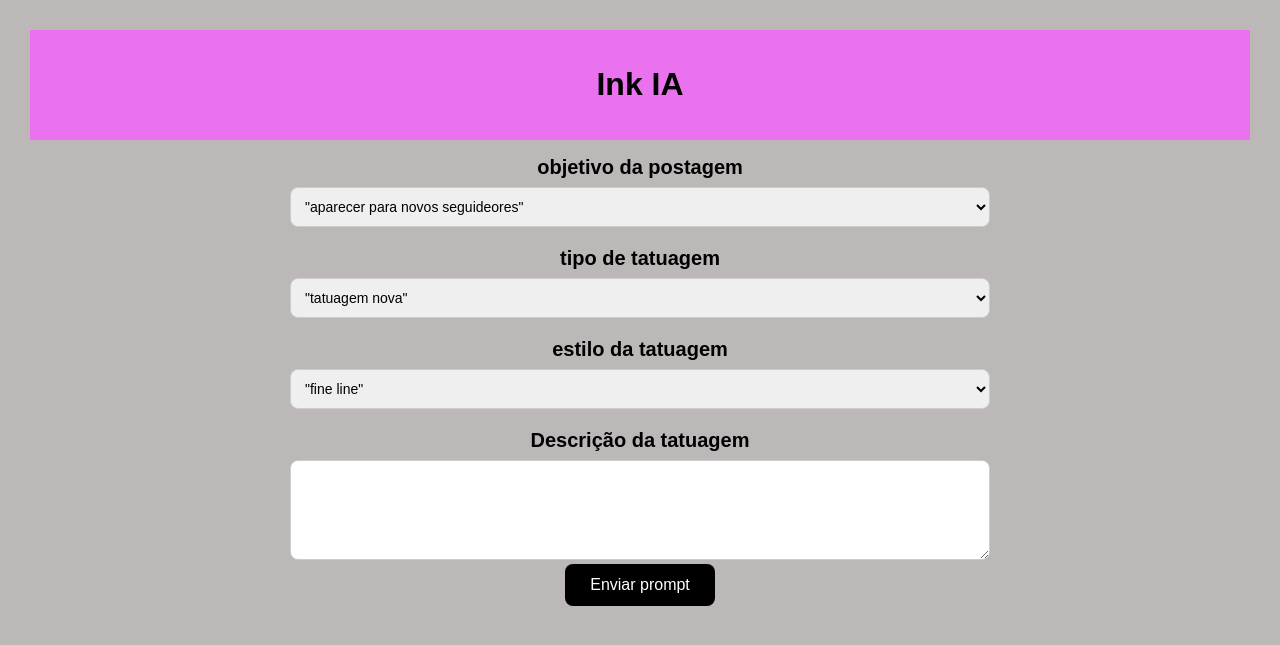
Repository: Ubiratandev/ink_api
Page: ink_IA/ink_ia.html
The author's editor kept a copy of each file at every save. The page is drawn from the files as they stood at one save, then again after the next save.
The browser window is 1280 px wide. The pictures show the whole page.

Above is the page before, as saved 2026-03-25 00:16:07.

### ink_IA/ink_ia.html
<!DOCTYPE html>
<html>
<head>
    <link rel="stylesheet" href="styles.css">
    <title>Ink IA</title>
</head>
<header>
    <h1>Ink IA</h1>
</header>
<body>
   <div class="objetivo">
    <h2>objetivo da postagem</h2>
    <select value = "Objetivo da postagem:" id = "objetivo" onchange={changeObjetivo()}>
    <optgroup>
        <option value = "aparecer para novos seguideores"> "aparecer para novos seguideores"</option>
        <option value = "engajar com pessoas que ja viram as suas postagens">"engajar com pessoas que ja viram as suas postagens"</option>
        <option value = "vender para pessoas que ja engajaram com voce">"vender para pessoas que ja engajaram com voce"</option>
    </optgroup>
   </select>
   <script>
    const changeObjetivo =()=>{
   const objetivo = document.getElementById("objetivo").value;
   }
   </script>
   </div>

   <div class="tipo_tatuagem">


    <h2>tipo de tatuagem</h2>
    <select value = "tipo de tatuagem" id ="tipo" onchange={changeTipo()}>
    <optgroup>
        <option value = "tatuagem nova"> "tatuagem nova"</option>
        <option value = "cobertura">"cobertura"</option>
        <option value = "reforma">"reforma"</option>
    </optgroup>
   </select>
   <script>
   const changeTipo =()=>{
    const tipo = document.getElementById("tipo").value;
   }
   </script>
   </div>



   <div class="estilo">


    <h2>estilo da tatuagem</h2>
    <select value = "estilo da tatuagem" id = "estilo" onchange = {changeEstilo()}>
    <optgroup>
        <option value = "fine line"> "fine line"</option>
        <option value = "realismo preto e cinza">"realismo preto e cinza"</option>
        <option value = "realismo colorido">"realismo colorido"</option>
        <option value = "neotradicional">"neotradicional"</option>

    </optgroup>
   </select>
   <script>
    const changeEstilo = ()=>{
        const estilo = document.getElementById("estilo").value;
    }
   </script>
   </div>

<div>
  <h2>Descrição da tatuagem</h2>

  <textarea id="descricao"></textarea>


  <script>
    let desc = "";

    const descricao = document.getElementById("descricao");

    descricao.addEventListener("input", () => {
      desc = descricao.value;

    });
  </script>
</div>

<script>
    function abrirModal(texto) {
  document.getElementById("conteudoResposta").innerText = texto;
  document.getElementById("modal").style.display = "block";
}

function fecharModal() {
  document.getElementById("modal").style.display = "none";
}
</script>

    <div id="modal" style="display:none; position:fixed; top:0; left:0; width:100%; height:100%; background:rgba(0,0,0,0.6);">

  <div style="background:white; padding:20px; margin:10% auto; width:60%; border-radius:10px;">

    <button onclick="fecharModal()">X</button>

    <h3>Resultado</h3>
    <p id="conteudoResposta"></p>

  </div>

</div>


   <div>
<button onclick="enviarPrompt()">Enviar prompt</button>
   <script>
    const enviarPrompt =()=>{
        let prompt = `Você é um especialista em marketing para tatuadores.

Crie uma legenda para Instagram com base EXCLUSIVAMENTE nas informações abaixo:

Descrição: ${desc}
Tipo: ${tipo}
Estilo: ${estilo}
Objetivo: ${objetivo}

REGRAS IMPORTANTES:
- NÃO invente elementos que não estão na descrição
- NÃO substitua palavras por sinônimos (ex: borboleta ≠ mariposa)
- Use exatamente os conceitos fornecidos
- Seja fiel à descrição
- Não adicione nada que não seja referente a postagem, nem comentarios nem observações

A legenda deve:
- Ser envolvente e natural
- Conversar com o público de tatuagem
- Incluir um CTA sutil

Inclua também:
- 10 hashtags relevantes BASEADAS SOMENTE na descrição

Formato:

Legenda:
CTA:
Hashtags:`
enviar(prompt)
    }
   </script>
   </div>

   <script>
    async function enviar(prompt) {

  const response = await fetch("http://localhost:5000/gerar", {
    method: "POST",
    headers: {
      "Content-Type": "application/json"
    },
    body: JSON.stringify({
      prompt: prompt
    })
  });

  const data = await response.json();
abrirModal(data.resposta);
  console.log(data.resposta);

}
   </script>
</body>
</html>

### ink_IA/styles.css
/* RESET básico */
header {
  margin: 0;
  padding: 15px;
  font-family: Arial, sans-serif;
  background: #eb72ef;
  justify-content:center;
  align-items:center;
  text-align:center;


}

body {
  margin: 0;
  padding: 15px;
  font-family: Arial, sans-serif;
  background: #bcb8b8;
  justify-content:center;
  align-items:center;
  text-align:center;


}

/* títulos */
h2 {
  font-size: 18px;
  margin-bottom: 8px;
}

/* containers */
.objetivo,
.tipo_tatuagem,
.estilo,
div {
  margin-bottom: 20px;
}

/* inputs */
select,
textarea {
  width: 100%;
  padding: 10px;
  border-radius: 8px;
  border: 1px solid #ccc;
  font-size: 14px;
  box-sizing: border-box;
}

/* textarea */
textarea {
  min-height: 100px;
  resize: vertical;
}

/* botão */
button {
  width: 100%;
  padding: 12px;
  background: black;
  color: white;
  border: none;
  border-radius: 8px;
  font-size: 16px;
  cursor: pointer;
  margin:auto;
}

button:hover {
  background: #333;
}

/* MODAL */
#modal {
  display: none;
  position: fixed;
  top: 0;
  left: 0;
  width: 100%;
  height: 100%;
  background: rgba(0,0,0,0.6);
}

#modal .box {
  background: white;
  padding: 20px;
  margin: 20% auto;
  width: 90%;
  border-radius: 10px;
  max-height: 70vh;
  overflow-y: auto;
}

/* texto do modal */
#conteudoResposta {
  white-space: pre-line;
  font-size: 14px;
  line-height: 1.5;
}

/* botão fechar */
#modal button {
  width: auto;
  background: red;
  margin-bottom: 10px;
}



@media (min-width: 768px) {

  body {
    padding: 30px;
  }

  /* centraliza layout */
  body > div {
    max-width: 700px;
    margin: auto;
  }

  button {
    width: auto;
    padding: 12px 25px;
  }

  #modal .box {
    width: 60%;
    margin: 10% auto;
  }

  h2 {
    font-size: 20px;
  }
}

After the next save:
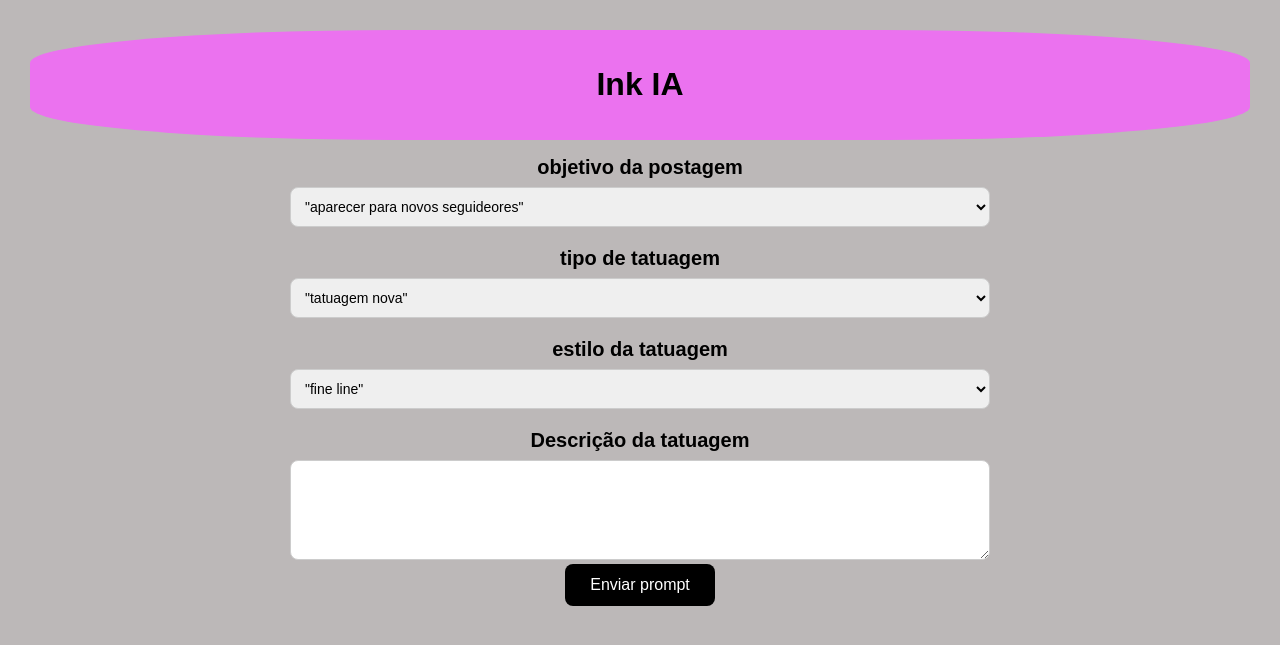
Saved 25 s later.
--- a/ink_IA/styles.css
+++ b/ink_IA/styles.css
@@ -7,6 +7,7 @@ header {
   justify-content:center;
   align-items:center;
   text-align:center;
+  border-radius:30%;
 
 
 }
